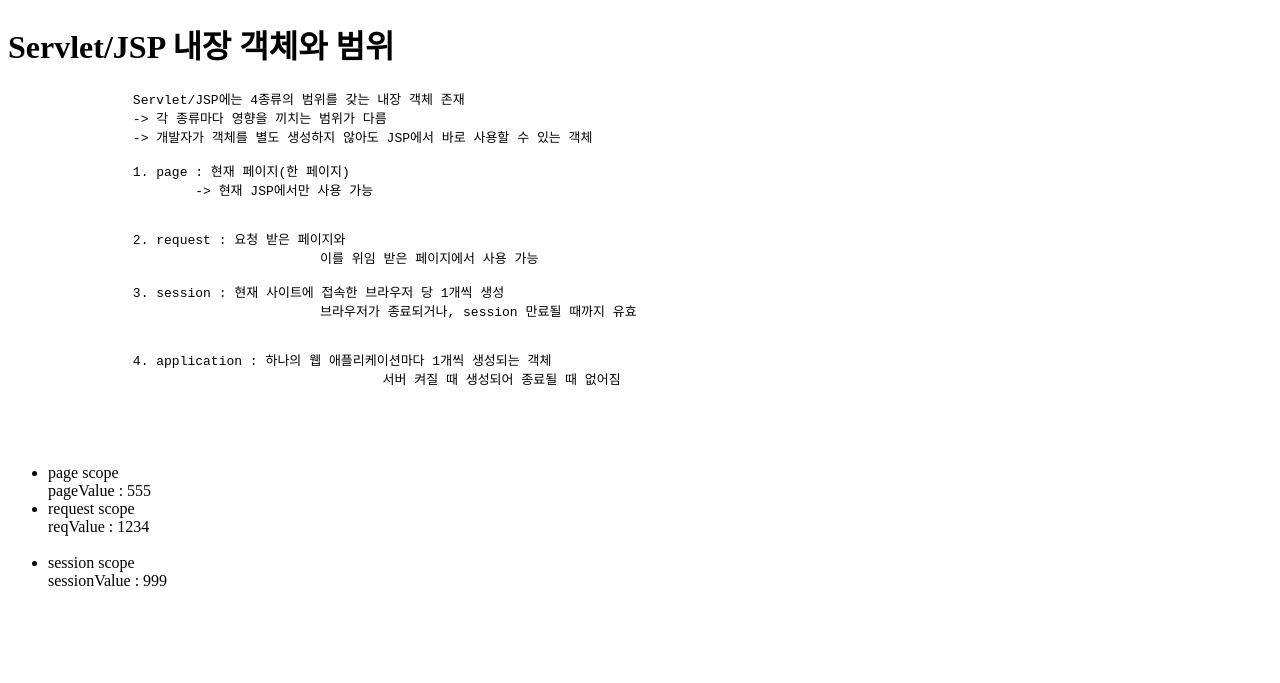
Repository: ahnjaeyoun/6_Server
Page: http://localhost/JSPProject2/scope
These files come from the project's save history. The page is drawn as it stood at one moment and after the next save; the edit follows.
The browser window is 1280 px wide. The pictures show the whole page.
The page is served by Tomcat 9. Other server files are loaded and not shown.

Above is the page before, as saved 2023-09-19 02:22:15.

### JSPProject2/src/main/webapp/WEB-INF/views/scope/scope.jsp
<%@ page language="java" contentType="text/html; charset=UTF-8"
    pageEncoding="UTF-8"%>
<!DOCTYPE html>
<html>
<head>
<meta charset="UTF-8">
<title>Servlet/JSP 내장 객체와 범위</title>
</head>
<body>
	<h1>Servlet/JSP 내장 객체와 범위</h1>

	<pre>
		Servlet/JSP에는 4종류의 범위를 갖는 내장 객체 존재
		-> 각 종류마다 영향을 끼치는 범위가 다름
		-> 개발자가 객체를 별도 생성하지 않아도 JSP에서 바로 사용할 수 있는 객체

		1. page : 현재 페이지(한 페이지)
			-> 현재 JSP에서만 사용 가능


		2. request : 요청 받은 페이지와
					이를 위임 받은 페이지에서 사용 가능

		3. session : 현재 사이트에 접속한 브라우저 당 1개씩 생성
					브라우저가 종료되거나, session 만료될 때까지 유효


		4. application : 하나의 웹 애플리케이션마다 1개씩 생성되는 객체
						서버 켜질 때 생성되어 종료될 때 없어짐



	</pre>

	<ul>
		<li>
			page scope <br>

			<%
				// pageContext : page scope 객체
				pageContext.setAttribute("pageValue", 555);
			%>

			pageValue : ${ pageScope.pageValue }

		</li>

		<li>
			request scope <br>
			reqValue : ${ requestScope.reqValue }
		</li>

		<br>

		<li>
			session scope <br>
			sessionValue : ${ sessionScope.sessionValue }
		</li>
	</ul>
</body>
</html>

### JSPProject2/src/main/java/edu/kh/jsp/controller/ScopeController.java
package edu.kh.jsp.controller;

import java.io.IOException;

import javax.servlet.RequestDispatcher;
import javax.servlet.ServletContext;
import javax.servlet.ServletException;
import javax.servlet.annotation.WebServlet;
import javax.servlet.http.HttpServlet;
import javax.servlet.http.HttpServletRequest;
import javax.servlet.http.HttpServletResponse;
import javax.servlet.http.HttpSession;

// 서블릿 매핑에서 유효하지 않은 url pattern
// -> 매핑할 주소 제일 앞에 "/" 반드시 작성
// -> 스지 않으면 에러납니다
@WebServlet("/scope")
public class ScopeController extends HttpServlet{

	@Override
	protected void doGet(HttpServletRequest req, HttpServletResponse resp) throws ServletException, IOException {

		RequestDispatcher dispatcher = req.getRequestDispatcher("/WEB-INF/views/scope/scope.jsp");

		// 1.page scope -> JSP에서 확인

		// 2. request scope -> 요청받은 페이지 + 위임받은 페이지
		req.setAttribute("reqValue", 1234);


		// 3. session scope -> 브라우저당 1개
		//					-> 브라우저 종료 또는 session 만료까지 유지

		// session 객체 얻어오는 방법
		HttpSession session = req.getSession();

		session.setAttribute("sessionValue", "999");

		// 4. application scope -> 서버가 켜져있는 동안 유지

		// application 객체를 얻어오는 방법
		// -> request. session 객체에서 얻어오기 가능
		ServletContext application = req.getServletContext();
//		ServletContext application = session.getServletContext();
		application.setAttribute("appValue", 10000);

		// ** 모든 scope는 속성을 세팅하고 얻어오는 방법 동일!!! **






		dispatcher.forward(req, resp);

	}
}

After the next save:
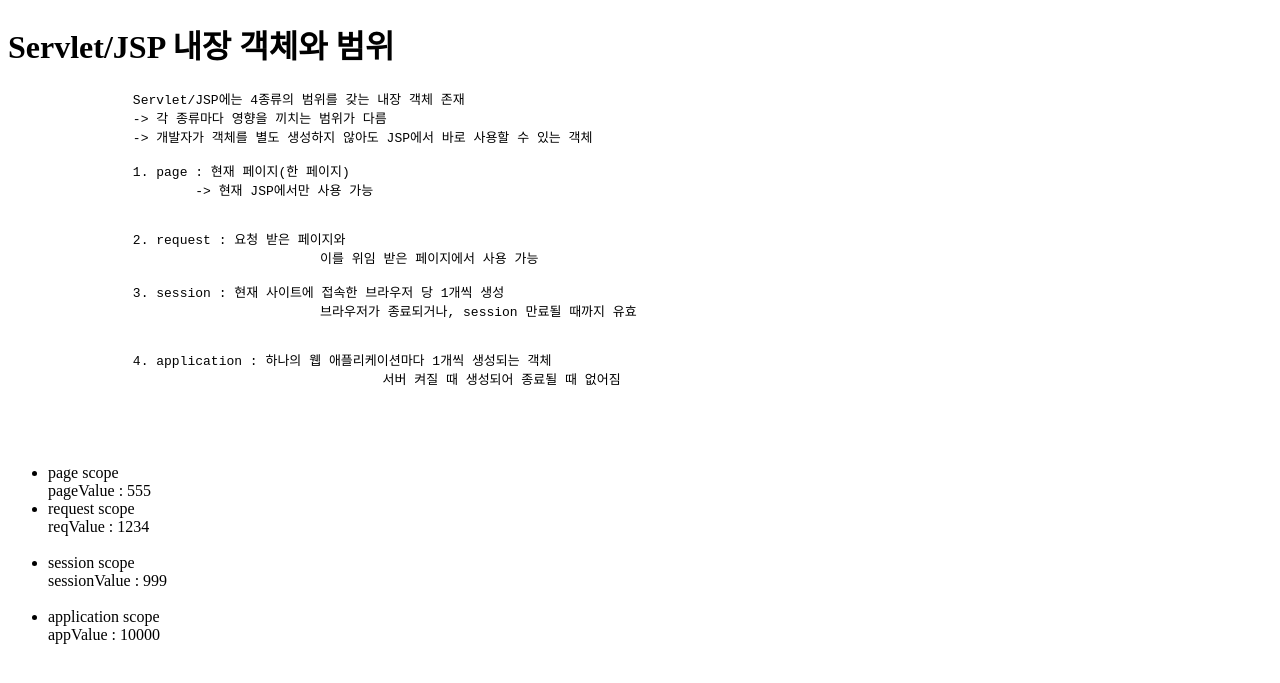
Saved 46 s later.
--- a/JSPProject2/src/main/webapp/WEB-INF/views/scope/scope.jsp
+++ b/JSPProject2/src/main/webapp/WEB-INF/views/scope/scope.jsp
@@ -56,6 +56,13 @@
 			session scope <br>
 			sessionValue : ${ sessionScope.sessionValue }
 		</li>
+
+		<br>
+
+		<li>
+			application scope <br>
+			appValue : ${ applicationScope.appValue }
+		</li>
 	</ul>
 </body>
 </html>
